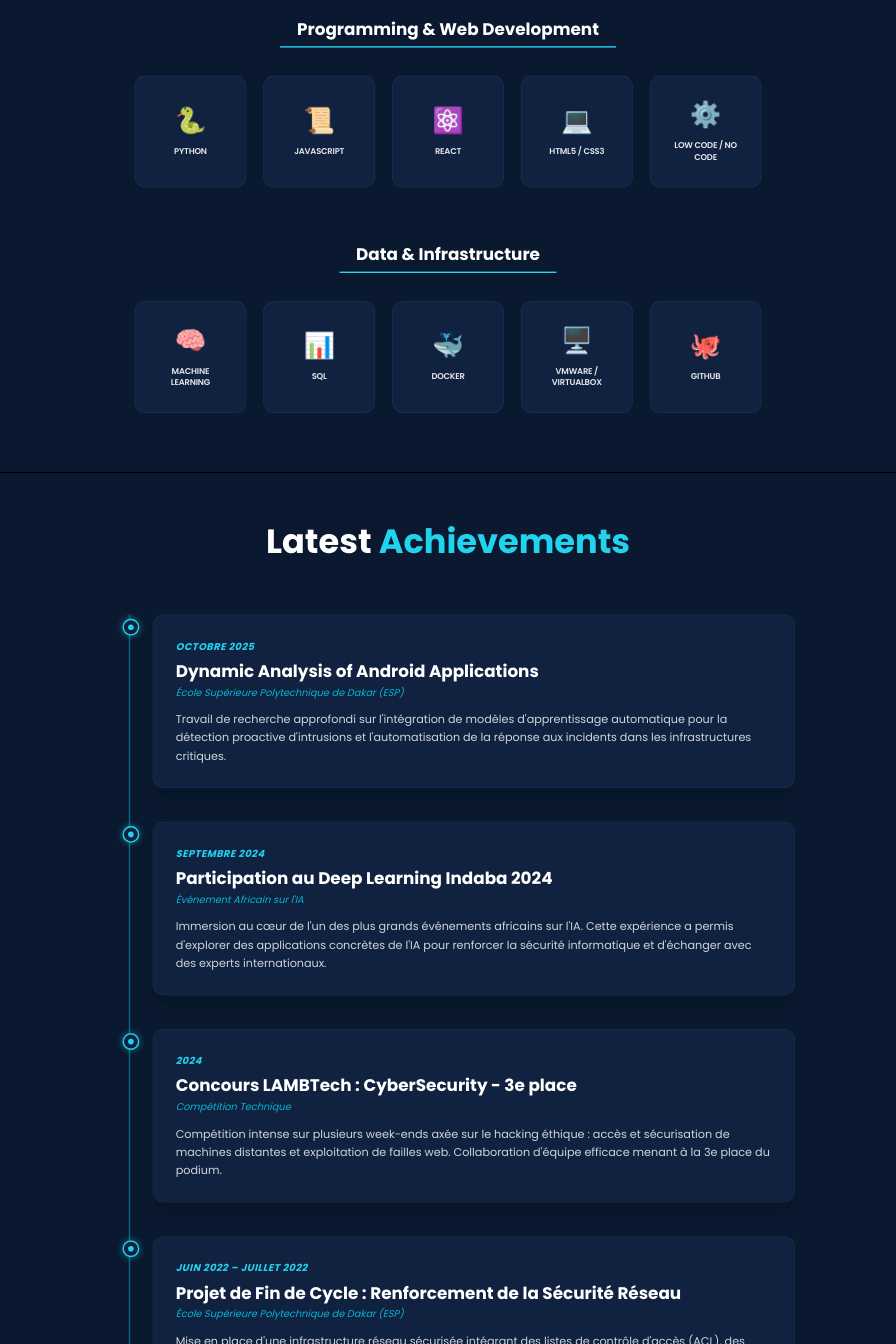
Repository: AntaaaKD/Mon-Portfolio
Page: /
The author's editor kept a copy of each file at every save. The page is drawn from the files as they stood at one save, then again after a run of saves.
The browser window is 1280 px wide. The pictures show the part of the page from y = 2230 to 4150 px (the page is 4650 px tall), at 70% of full size.
The project was rebuilt for these pictures with package versions that can differ from the ones it lists, and the page was loaded fresh each time.

Above is the page before, as saved 2026-01-14 23:48:40.

After the next 6 saves:
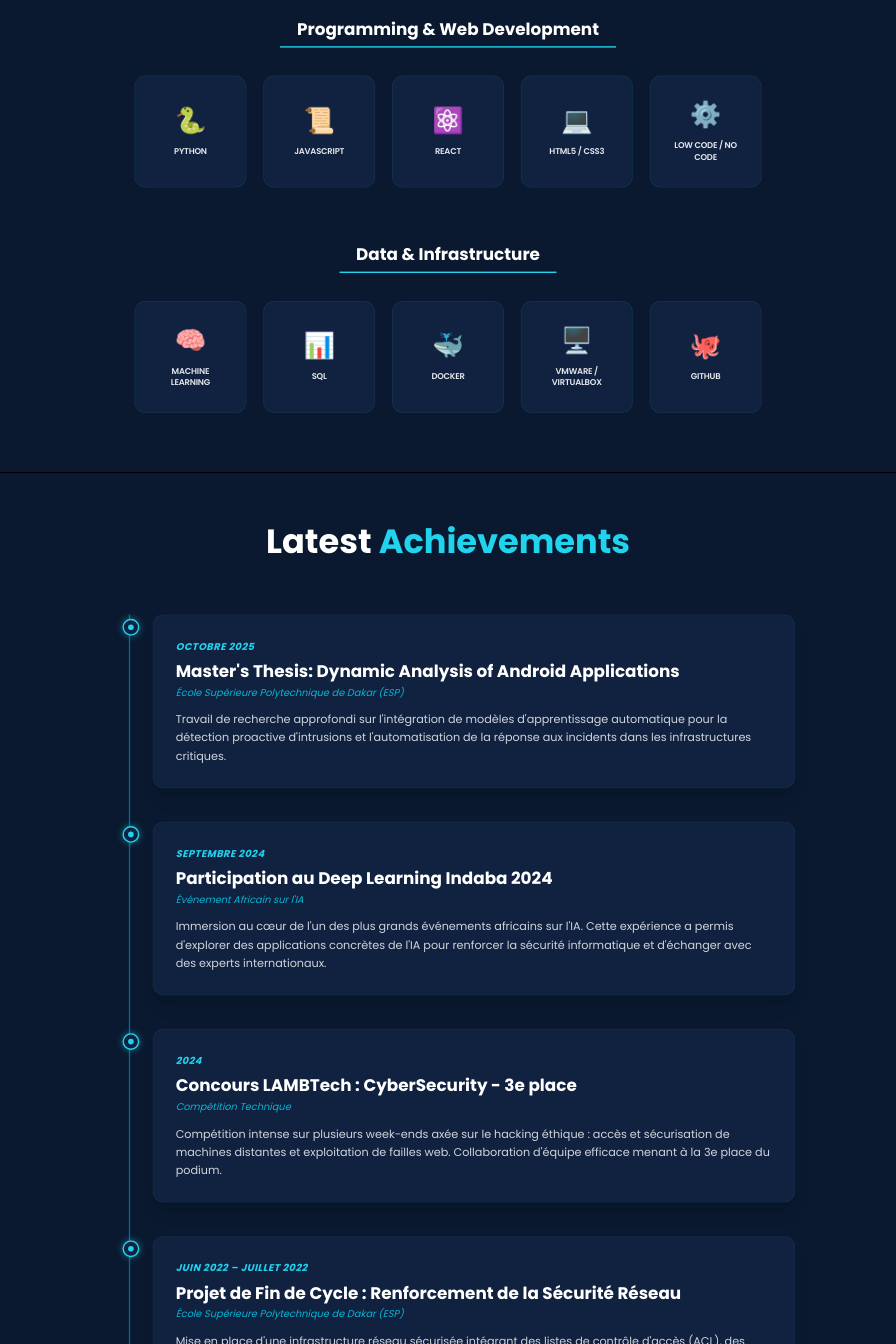
The 6 saves are shown as one change because they came seconds apart.
The last was saved 33 s later.
--- a/src/components/Achievements.jsx
+++ b/src/components/Achievements.jsx
@@ -4,7 +4,7 @@ const Achievements = () => {
   const achievements = [
     {
       date: "Octobre 2025",
-      title: "Dynamic Analysis of Android Applications ",
+      title: "Master's Thesis: Dynamic Analysis of Android Applications ",
       institution: "École Supérieure Polytechnique de Dakar (ESP)",
       description: "Travail de recherche approfondi sur l'intégration de modèles d'apprentissage automatique pour la détection proactive d'intrusions et l'automatisation de la réponse aux incidents dans les infrastructures critiques.",
     },
